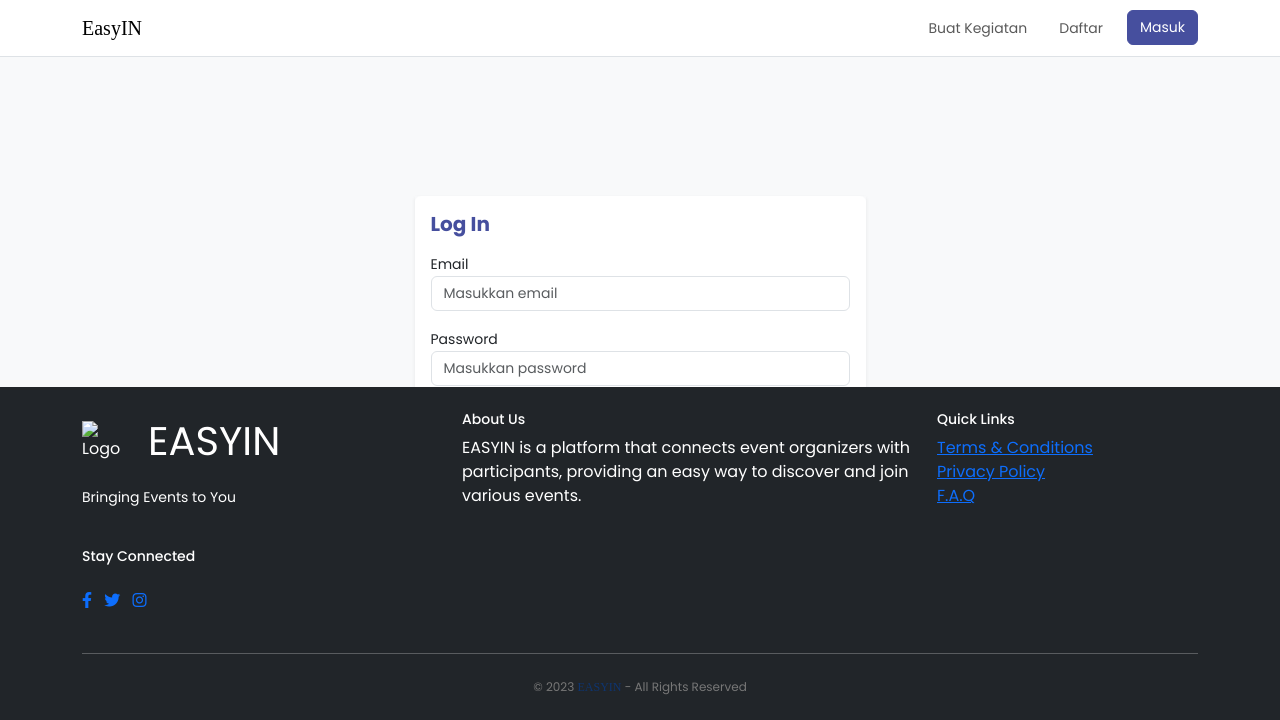
Repository: Imadaaa/Ticketing_Online
Page: http://localhost/login
An editor plug-in stored every save of this project. The page is shown before and after a run of saves, followed by the edit.
The browser window is 1280 px wide. The pictures show the whole page.
Some web fonts or font styles are not loaded; a fallback is used. The page is served by the project's Laravel application, run on PHP 8.4 with Laravel 10. Other server files are loaded and not shown.

Above is the page before, as saved 2023-08-22 02:24:08.
Console error: ReferenceError: $ is not defined

### routes/web.php
<?php

use Illuminate\Support\Facades\Route;
use App\Http\Controllers\AuthController;
use App\Http\Controllers\AcaraController;
use App\Http\Controllers\TiketController;
use App\Http\Controllers\UsersController;
use App\Http\Controllers\KampusController;
use App\Http\Controllers\LokasiController;
use App\Http\Controllers\KategoriController;
use App\Http\Controllers\DashboardController;
use App\Http\Controllers\JenisTiketController;
use App\Http\Controllers\LandingPageController;
use App\Http\Controllers\MetodePembayaranController;

/*
|--------------------------------------------------------------------------
| Web Routes
|--------------------------------------------------------------------------
|
| Here is where you can register web routes for your application. These
| routes are loaded by the RouteServiceProvider and all of them will
| be assigned to the "web" middleware group. Make something great!
|
*/

// landing page
Route::get('/', [LandingPageController::class, 'index'])->name('landing-page.index');

// acara
Route::group(['prefix' => 'acara'], function() {
    Route::get('/{slug}', [AcaraController::class, 'landingPageShow'])->name('landing-page.acara.show');
});

// kategori
Route::group(['prefix' => 'kategori'], function() {
    Route::get('/', [KategoriController::class, 'landingPageIndex'])->name('landing-page.kategori.index');
});

// auth
Route::get('/login', [AuthController::class, 'getLogin'])->name('login');
Route::post('/login', [AuthController::class, 'doLogin']);
Route::post('/logout', [AuthController::class, 'doLogout'])->name('logout');
Route::group(['prefix' => 'register'], function() {
    Route::get('/', [AuthController::class, 'getRegister'])->name('register');
    Route::post('/', [AuthController::class, 'doRegister']);
    Route::get('/verifikasi/{token}', [AuthController::class, 'doVerifikasi']);
});

// dashboard
Route::group(['prefix' => 'dashboard'], function() {
    // pages
    Route::get('/', [DashboardController::class, 'getIndex'])->name('dashboard.index');

    // kategori
    Route::group(['prefix' => 'kategori'], function() {
        Route::get('/datatable-json', [KategoriController::class, 'datatableJson'])->name('dashboard.kategori.datatable-json');
    });
    Route::resource('kategori', KategoriController::class, ['as' => 'dashboard'])->except('show');

    // lokasi
    Route::group(['prefix' => 'lokasi'], function() {
        Route::get('/datatable-json', [LokasiController::class, 'datatableJson'])->name('dashboard.lokasi.datatable-json');
    });
    Route::resource('lokasi', LokasiController::class, ['as' => 'dashboard'])->except('show');

    // kampus
    Route::group(['prefix' => 'kampus'], function() {
        Route::get('/datatable-json', [KampusController::class, 'datatableJson'])->name('dashboard.kampus.datatable-json');
    });
    Route::resource('kampus', KampusController::class, ['as' => 'dashboard'])->except('show')->parameters(['kampus' => 'kampus']);

    // metode pembayaran
    Route::group(['prefix' => 'metode-pembayaran'], function() {
        Route::get('/datatable-json', [MetodePembayaranController::class, 'datatableJson'])->name('dashboard.metode-pembayaran.datatable-json');
    });
    Route::resource('metode-pembayaran', MetodePembayaranController::class, ['as' => 'dashboard'])->except('show');

    // user
    Route::group(['prefix' => 'user'], function() {
        Route::get('/datatable-json', [UsersController::class, 'datatableJson'])->name('dashboard.user.datatable-json');
    });
    Route::resource('user', UsersController::class, ['as' => 'dashboard'])->only(['index', 'destroy']);

    // acara
    Route::group(['prefix' => 'acara'], function() {
        Route::get('/datatable-json', [AcaraController::class, 'datatableJson'])->name('dashboard.acara.datatable-json');

        Route::get('/{acara}/jenis-tiket', [JenisTiketController::class, 'index'])->name('dashboard.jenis-tiket.index');
        Route::post('/{acara}/jenis-tiket', [JenisTiketController::class, 'store'])->name('dashboard.jenis-tiket.store');

        Route::get('/{acara}/tiket/datatable-json', [TiketController::class, 'datatableJson'])->name('dashboard.tiket.datatable-json');
        Route::post('/{acara}/tiket', [TiketController::class, 'store'])->name('dashboard.tiket.store');
        Route::delete('/tiket/{tiket}', [TiketController::class, 'destroy'])->name('dashboard.tiket.destroy');
    });
    Route::resource('acara', AcaraController::class, ['as' => 'dashboard'])->except('show');
});

### app/Http/Controllers/AuthController.php
<?php

namespace App\Http\Controllers;

use App\Models\User;
use App\Mail\VerifyEmail;
use Illuminate\Support\Str;
use Illuminate\Http\Request;
use App\Http\Requests\UserRequest;
use Illuminate\Support\Facades\DB;
use Illuminate\Support\Facades\Mail;

class AuthController extends Controller
{
    public function getLogin()
    {
        return view('auth.login');
    }

    public function doLogin(Request $request)
    {
        $credentials = [
            'email' => $request->email,
            'password' => $request->password,
            'is_active' => true
        ];

        if(auth()->attempt($credentials)) {
            return redirect()->route('landing-page.index');
        }

        return redirect()->back()->with('error', 'Email atau password salah');
    }

    public function getRegister()
    {
        return view('auth.register');
    }

    public function doRegister(UserRequest $request)
    {
        $verify_token = Str::random(25);

        $payload = [
            'nama' => $request->nama,
            'verify_token' => $verify_token
        ];

        DB::beginTransaction();

        try {
            Mail::to($request->email)->send(new VerifyEmail($payload));

            User::create([
                'nama' => $request->nama,
                'email' => $request->email,
                'password' => bcrypt($request->password),
                'verify_email_token' => $verify_token
            ]);

            DB::commit();

            return redirect()->back()->with('success', 'Silahkan periksa email anda');
        } catch (Exception $e) {
            DB::rollback();

            return redirect()->back()->with('error', 'Proses registrasi gagal');
        }
    }

    public function doLogout()
    {
        auth()->logout();

        return redirect()->route('landing-page.index');
    }

    public function doVerifikasi($token)
    {
        if(!$token) {
            abort(404);
        }

        $user = User::where('verify_email_token', '=', $token)->firstOrFail();

        $user->update([
            'email_verified_at' => date('Y-m-d H:i:s'),
            'verify_email_token' => null,
            'is_active' => true
        ]);

        return redirect()->route('login')->with('success', 'Email berhasil di verifikasi, silahkan masuk');
    }
}

### resources/views/auth/login.blade.php
@extends('template.landing-page.app')

@section('title', 'Login')

@push('styles')
    <style>
        .wrap-login {
            margin-top: 100px;
        }
    </style>
@endpush

@section('content')
    <div class="container py-5">
        <div class="row mt-5 justify-content-center">
            <div class="col-lg-5 wrap-login">
                @if(session('error'))
                    <div class="alert bg-danger fs-14 text-white">
                        <i class="fa-solid fa-circle-xmark"></i>
                        <span>{{ session('error') }}</span>
                    </div>
                @elseif(session('success'))
                    <div class="alert bg-success fs-14 text-white">
                        <i class="fa-solid fa-circle-check"></i>
                        <span>{{ session('success') }}</span>
                    </div>
                @endif
                <div class="card border-0">
                    <div class="card-body shadow-sm">
                        <h5 class="fw-700 text-primary">Log In</h5>
                        <form action="{{ url('/login') }}" method="POST" class="mt-3">
                            @csrf
                            <div class="mb-3">
                                <label for="email" class="fs-14">Email</label>
                                <input type="email" class="form-control fs-14" name="email" id="email" placeholder="Masukkan email" required>
                            </div>
                            <div class="mb-3">
                                <label for="password" class="fs-14">Password</label>
                                <input type="password" class="form-control fs-14" name="password" id="password" placeholder="Masukkan password" required>
                            </div>
                            <div class="mb-3">
                                <p class="fs-14 mb-1 text-muted">Belum punya akun? daftar <a class="text-primary text-decoration-none" href="{{ route('register') }}">disini</a></p>
                                <p class="fs-14 mb-1 text-muted"><a class="text-primary text-decoration-none" href="{{ route('register') }}">Lupa Password</a></p>
                                <button type="submit" class="btn btn-primary fw-700 fs-14">Log In</button>
                            </div>
                        </form>
                    </div>
                </div>
            </div>
        </div>
    </div>
@endsection

### resources/views/template/landing-page/app.blade.php
<!doctype html>
<html lang="en">

<head>
    <meta charset="utf-8">
    <meta name="viewport" content="width=device-width, initial-scale=1">
    <title>EasyIN - @yield('title')</title>

    @include('template.landing-page.partials._style')
</head>

<body class="bg-light">
    {{-- navbar --}}
    @include('template.landing-page.partials._navbar')

    @yield('content')

    {{-- footer --}}
    @include('template.landing-page.partials._footer')

    @include('template.landing-page.partials._script')
</body>

</html>

### resources/views/template/landing-page/partials/_style.blade.php
<link href="https://cdn.jsdelivr.net/npm/bootstrap@5.3.1/dist/css/bootstrap.min.css" rel="stylesheet"
    integrity="sha384-4bw+/aepP/YC94hEpVNVgiZdgIC5+VKNBQNGCHeKRQN+PtmoHDEXuppvnDJzQIu9" crossorigin="anonymous">
<link rel="stylesheet" href="{{ asset('css/custom.css') }}">
<link rel="preconnect" href="https://fonts.googleapis.com">
<link rel="preconnect" href="https://fonts.gstatic.com" crossorigin>
<link href="https://fonts.googleapis.com/css2?family=Audiowide&family=Poppins:wght@400;500;600;700&display=swap"
    rel="stylesheet">
<link rel="stylesheet" href="https://cdnjs.cloudflare.com/ajax/libs/font-awesome/6.4.0/css/all.min.css"
    integrity="sha512-iecdLmaskl7CVkqkXNQ/ZH/XLlvWZOJyj7Yy7tcenmpD1ypASozpmT/E0iPtmFIB46ZmdtAc9eNBvH0H/ZpiBw=="
    crossorigin="anonymous" referrerpolicy="no-referrer" />
<link rel="stylesheet" href="{{ asset('path/to/slick.css') }}">
<link rel="stylesheet" href="{{ asset('path/to/slick-theme.css') }}">
<script src="{{ asset('path/to/slick.min.js') }}"></script>
@stack('styles')

### resources/views/template/landing-page/partials/_navbar.blade.php
<nav class="navbar navbar-expand-lg {{ request()->is('login') || request()->is('register') || !request()->is('/') ? 'bg-white border-bottom' : '' }}">
    <div class="container">
        <a class="navbar-brand {{ request()->is('login') || request()->is('register') || !request()->is('/') ? '' : 'text-white' }} text-title" href="{{ route('landing-page.index') }}">EasyIN</a>
        <button class="navbar-toggler" type="button" data-bs-toggle="collapse" data-bs-target="#navbarNav"
            aria-controls="navbarNav" aria-expanded="false" aria-label="Toggle navigation">
            <span class="navbar-toggler-icon"></span>
        </button>
        <div class="collapse navbar-collapse" id="navbarNav">
            <ul class="navbar-nav ms-auto">
                <li class="nav-item ms-3">
                    <a class="nav-link {{ request()->is('login') || request()->is('register') || !request()->is('/') ? '' : 'text-white' }} fs-14" aria-current="page" href="#">Buat Kegiatan</a>
                </li>
                @if(auth()->user())
                    <li class="nav-item ms-3">
                        <a class="nav-link {{ request()->is('login') || request()->is('register') || !request()->is('/') ? '' : 'text-white' }} fs-14" href="{{ route('dashboard.index') }}">Dashboard</a>
                    </li>
                    <li class="nav-item ms-3">
                        <a class="nav-link {{ request()->is('login') || request()->is('register') || !request()->is('/') ? '' : 'text-white' }} fs-14" href="#" onclick="document.getElementById('form-logout').submit();">Logout <i class="fa-solid fa-power-off"></i></a>
                        <form action="{{ route('logout') }}" method="POST" id="form-logout">
                            @csrf
                        </form>
                    </li>
                @else
                    <li class="nav-item ms-3">
                        <a class="nav-link {{ request()->is('login') || request()->is('register') || !request()->is('/') ? '' : 'text-white' }} fs-14" href="{{ route('register') }}">Daftar</a>
                    </li>
                    <li class="nav-item ms-3">
                        <a class="btn btn-primary {{ request()->is('login') || request()->is('register') || !request()->is('/') ? '' : 'text-white' }} fs-14" href="{{ route('login') }}">Masuk</a>
                    </li>
                @endif
            </ul>
        </div>
    </div>
</nav>

### resources/views/template/landing-page/partials/_footer.blade.php
<footer class="bg-dark text-white py-4 {{ request()->is('login') || request()->is('register') ? 'footer-fixed' : '' }}">
    <div class="container slider">
        <div class="row">
            <div class="col-md-4">
                <div class="d-flex align-items-center">
                    <img src="{{ asset('storage/img/logo/Steam_icon.png') }}" alt="Logo" class="logo me-3"
                        style="max-width: 50px;">
                    <p class="fs-1 mb-0">EASYIN</p>
                </div>
                <p class="mt-3 fs-14">Bringing Events to You</p>
            </div>
            <div class="col-md-5">
                <h5 class="fs-14">About Us</h5>
                <p class="fs-10">EASYIN is a platform that connects event organizers with participants, providing an
                    easy way to discover and join various events.</p>
            </div>
            <div class="col-md-3">
                <h5 class="fs-14">Quick Links</h5>
                <ul class="list-unstyled fs-10">
                    <li><a href="#">Terms & Conditions</a></li>
                    <li><a href="#">Privacy Policy</a></li>
                    <li><a href="#">F.A.Q</a></li>
                </ul>
            </div>
            <div class="col-md-12 mt-4">
                <h5 class="fs-14 mb-4">Stay Connected</h5>
                <ul class="list-inline social-icons">
                    <li class="list-inline-item"><a href="#" class="social-link"><i
                                class="fab fa-facebook-f"></i></a></li>
                    <li class="list-inline-item"><a href="#" class="social-link"><i
                                class="fab fa-twitter"></i></a></li>
                    <li class="list-inline-item"><a href="#" class="social-link"><i
                                class="fab fa-instagram"></i></a></li>
                </ul>
            </div>
        </div>
        <hr class="my-4">
        <div class="row">
            <div class="col-md-12 text-center">
                <p class="fs-12 mb-0" style="color: #777;">&copy; {{ date('Y') }} <span class="text-title"
                        style="color: #0f356f;">EASYIN</span> - All Rights Reserved</p>
            </div>
        </div>
    </div>
</footer>

### resources/views/template/landing-page/partials/_script.blade.php
<script src="https://cdn.jsdelivr.net/npm/bootstrap@5.3.1/dist/js/bootstrap.bundle.min.js"
    integrity="sha384-HwwvtgBNo3bZJJLYd8oVXjrBZt8cqVSpeBNS5n7C8IVInixGAoxmnlMuBnhbgrkm" crossorigin="anonymous">
</script>
<script>
    $(document).ready(function() {
        $('.slider').slick({
            autoplay: true,
            dots: true,
            // Konfigurasi slider lainnya sesuai kebutuhan
        });
    });
</script>
@stack('scripts')

### public/css/custom.css
* {
    font-family: "Poppins", sans-serif;
}

.navbar {
    position: absolute !important;
    width: 100%;
    z-index: 1;
}

#hero {
    background-image: url("../img/hero.jpg");
    height: 500px;
    background-position: center;
    background-repeat: no-repeat;
    position: relative;
}

#hero::after {
    content: "";
    height: 100%;
    width: 100%;
    background-color: rgba(0, 0, 0, .5);
    display: block;
}

#hero .text-hero {
    position: absolute;
    width: auto;
    height: auto;
    top: 40%;
    text-align: center;
}

.search-bar {
    margin-top: -80px;
    z-index: 1;
    position: relative;
}

.search-bar .wrap-search-form {
    padding: 60px 50px;
}

#kegiatan-kampus .card {
    background-position: center;
    background-size: cover;
    background-repeat: no-repeat;
    position: relative;
}

#kegiatan-kampus .card::before {
    content: "";
    height: 100%;
    width: 100%;
    background-color: rgba(0, 0, 0, .5);
    display: block;
    position: absolute;
    border-radius: 0.375rem;
}

#kegiatan-kampus .card .card-body h5 {
    margin-top: 200px;
}

#kegiatan-kampus .card .card-body h5, #kegiatan-kampus .card .card-body p, #kegiatan-kampus .card .card-body a {
    z-index: 1;
    position: relative;
}

footer, .bg-dark {
    background-color: #212529 !important;
}

.text-title {
    font-family: 'Audiowide', cursive;
}

.fs-14 {
    font-size: 14px;
}

.fs-12 {
    font-size: 12px;
}

.fs-60 {
    font-size: 60px;
}

.fw-700 {
    font-weight: 700;
}

.btn-primary {
    background-color: #464F9E !important;
    border-color: #464F9E !important;
}

.btn-outline-primary {
    background-color: white !important;
    border-color: #464F9E !important;
    color: #464F9E !important;
}

.btn-outline-primary:hover {
    background-color: #464F9E !important;
    color: white !important;
}

.text-primary {
    color: #464F9E !important;
}

.footer-fixed {
    position: absolute;
    width: 100%;
    bottom: 0;
}

Loaded but not shown: app/Http/Controllers/Controller.php (common file)

After the next 2 saves:
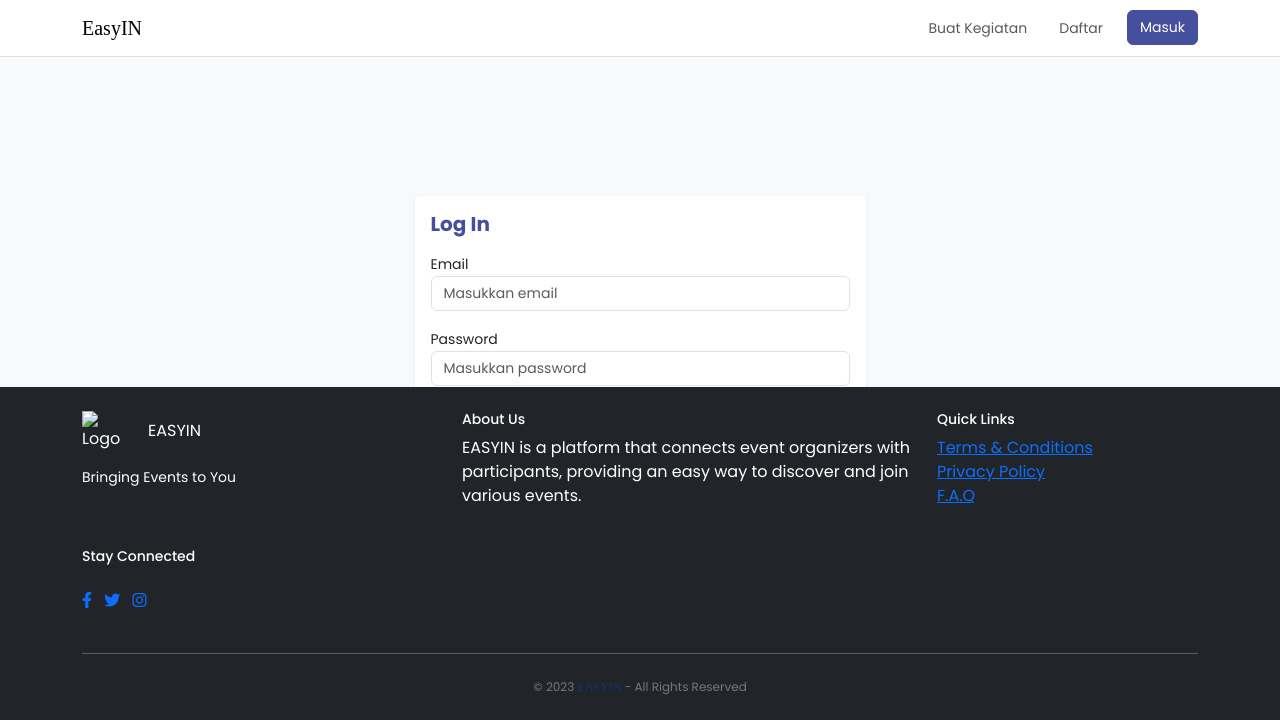
The 2 saves are shown as one change because they came seconds apart.
The last was saved 7 s later.
--- a/resources/views/template/landing-page/partials/_footer.blade.php
+++ b/resources/views/template/landing-page/partials/_footer.blade.php
@@ -5,7 +5,7 @@
                 <div class="d-flex align-items-center">
                     <img src="{{ asset('storage/img/logo/Steam_icon.png') }}" alt="Logo" class="logo me-3"
                         style="max-width: 50px;">
-                    <p class="fs-1 mb-0">EASYIN</p>
+                    <p class="fs-10 mb-0">EASYIN</p>
                 </div>
                 <p class="mt-3 fs-14">Bringing Events to You</p>
             </div>
